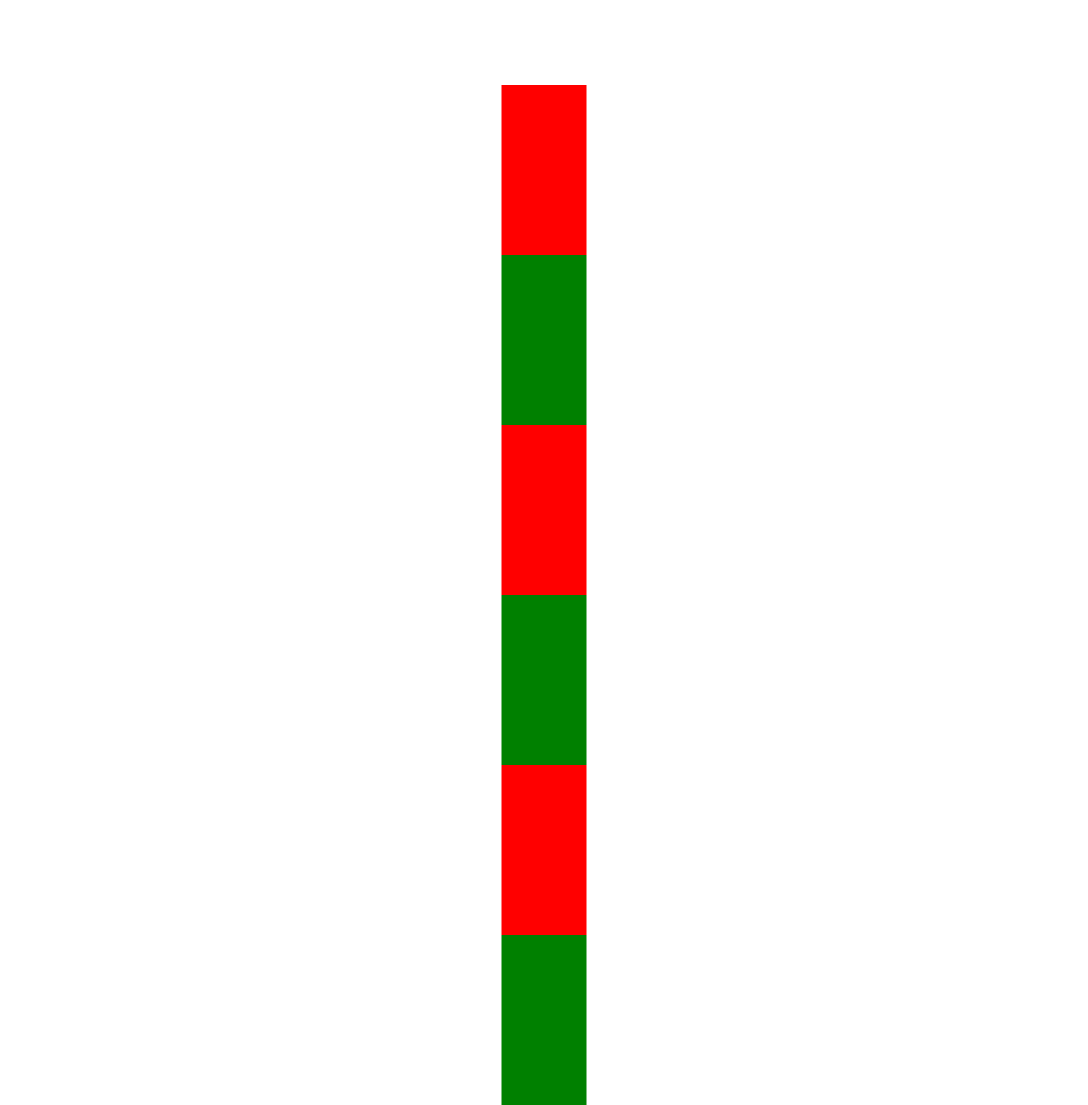
Repository: fangYiYuan/javascript-
Page: translate.html
The author's editor kept a copy of each file at every save. The page is drawn from the files as they stood at one save, then again after the next save.
The browser window is 1280 px wide. The pictures show the whole page, at 85% of full size.

Above is the page before, as saved 2020-04-16 14:46:11.

### translate.html
<!DOCTYPE html>
<html lang="en">
<head>
  <meta charset="UTF-8">
  <meta name="viewport" content="width=device-width, initial-scale=1.0">
  <meta http-equiv="X-UA-Compatible" content="ie=edge">
  <title>Document</title>
</head>
<style>
  *{
    margin: 0;
    padding: 0;
  }
  .divbox{
    margin: 100px auto;
    position: relative;
    width: 100px;
    height: 200px;
  }
  .divbox > div{
    width: 100%;
    height: 100%;
    background: red;
    /* position: absolute;
    top: 0;
    left: 0; */
    transition: transform 1s;
  }
  .divbox div:nth-of-type(1):active {
    transform: rotate(60);
  }
  .divbox div:nth-child(even) {
    background: green !important;
  }
  .divbox div:nth-of-type(2):active {
    transform: rotate(120);
  }
  .divbox div:nth-of-type(3):active {
    transform: rotate(180);
  }
  .divbox div:nth-of-type(4):active {
    transform: rotate(240);
  }
  .divbox div:nth-of-type(5):active {
    transform: rotate(300);
  }
  .divbox div:nth-of-type(6):active {
    transform: rotate(360);
  }
</style>
<body>
  <div class="divbox">
    <div></div>
    <div></div>
    <div></div>
    <div></div>
    <div></div>
    <div></div>
  </div>
</body>
</html>

After the next save:
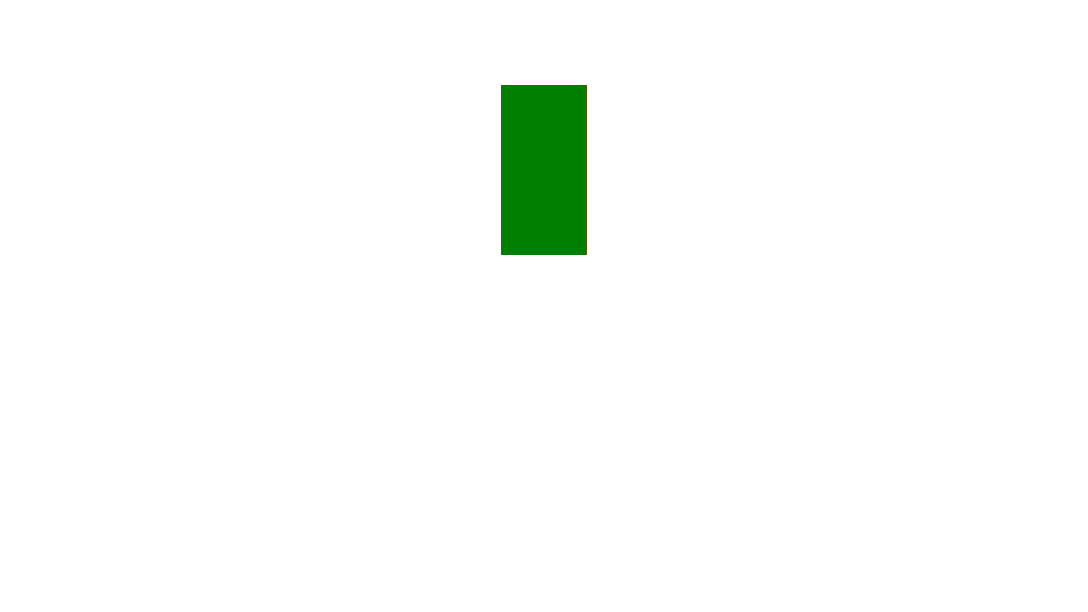
Saved 7 s later.
--- a/translate.html
+++ b/translate.html
@@ -21,9 +21,9 @@
     width: 100%;
     height: 100%;
     background: red;
-    /* position: absolute;
+    position: absolute;
     top: 0;
-    left: 0; */
+    left: 0;
     transition: transform 1s;
   }
   .divbox div:nth-of-type(1):active {
